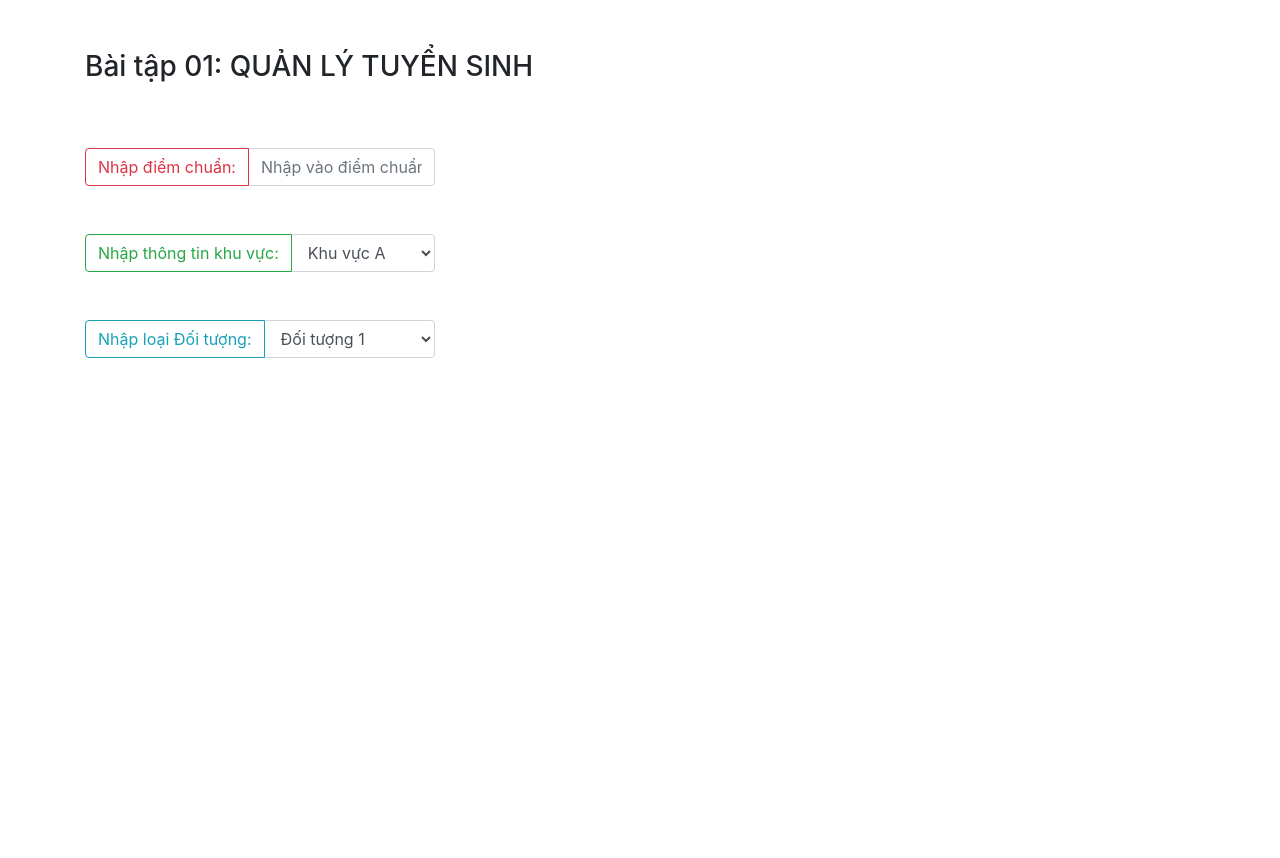
Repository: ducdatit2002/javascript-tinh-day15
Page: index.html
The author's editor kept a copy of each file at every save. The page is drawn from the files as they stood at one save, then again after the next save.
The browser window is 1280 px wide. The pictures show the whole page.

Above is the page before, as saved 2023-08-20 12:39:41.

### index.html
<!DOCTYPE html>
<html lang="en">
  <head>
    <title>HOMEWORK BUỔI 15 - JAVASCRIPT</title>
    <!-- Required meta tags -->
    <meta charset="utf-8" />
    <meta
      name="viewport"
      content="width=device-width, initial-scale=1, shrink-to-fit=no"
    />

    <!-- Bootstrap CSS -->
    <link
      rel="stylesheet"
      href="https://stackpath.bootstrapcdn.com/bootstrap/4.3.1/css/bootstrap.min.css"
      integrity="sha384-ggOyR0iXCbMQv3Xipma34MD+dH/1fQ784/j6cY/iJTQUOhcWr7x9JvoRxT2MZw1T"
      crossorigin="anonymous"
    />
  </head>
  <body>
    <div class="container" style="margin-bottom: 500px; margin-top: 50px">
      <div class="baiTap1">
        <h3>Bài tập 01: QUẢN LÝ TUYỂN SINH</h3>
        <div class="row mt-3">
          <div class="col-4">
            <div class="input-group mt-5">
              <div class="input-group-prepend">
                <button class="btn btn-outline-danger">Nhập điểm chuẩn:</button>
              </div>
              <input
                type="text"
                class="form-control"
                id="diemChuan"
                placeholder="Nhập vào điểm chuẩn"
              />
            </div>
            <div class="input-group mt-5">
              <div class="input-group-prepend">
                <button class="btn btn-outline-success">Nhập thông tin khu vực:</button>
              </div>
              <select id="khuVuc" class="form-control">
                <option value="2">Khu vực A</option>
                <option value="1">Khu vực B</option>
                <option value="0.5">Khu vực C</option>
              </select>
            </div>
            <div class="input-group mt-5">
              <div class="input-group-prepend">
                <button class="btn btn-outline-info">Nhập loại Đối tượng:</button>
              </div>
              <select id="doiTuong" class="form-control">
                <option value="2.5">Đối tượng 1</option>
                <option value="1.5">Đối tượng 2</option>
                <option value="1">Đối tượng 3</option>
              </select>
            </div>
          </div>
          <div class="col-4">

          </div>
        </div>
      </div>
    </div>
    <!-- Optional JavaScript -->
    <!-- jQuery first, then Popper.js, then Bootstrap JS -->
    <script
      src="https://code.jquery.com/jquery-3.3.1.slim.min.js"
      integrity="sha384-q8i/X+965DzO0rT7abK41JStQIAqVgRVzpbzo5smXKp4YfRvH+8abtTE1Pi6jizo"
      crossorigin="anonymous"
    ></script>
    <script
      src="https://cdnjs.cloudflare.com/ajax/libs/popper.js/1.14.7/umd/popper.min.js"
      integrity="sha384-UO2eT0CpHqdSJQ6hJty5KVphtPhzWj9WO1clHTMGa3JDZwrnQq4sF86dIHNDz0W1"
      crossorigin="anonymous"
    ></script>
    <script
      src="https://stackpath.bootstrapcdn.com/bootstrap/4.3.1/js/bootstrap.min.js"
      integrity="sha384-JjSmVgyd0p3pXB1rRibZUAYoIIy6OrQ6VrjIEaFf/nJGzIxFDsf4x0xIM+B07jRM"
      crossorigin="anonymous"
    ></script>
    <script src="./index.js"></script>
  </body>
</html>

Loaded but not shown: index.js (no copy from this time; the picture is the same without it)

After the next save:
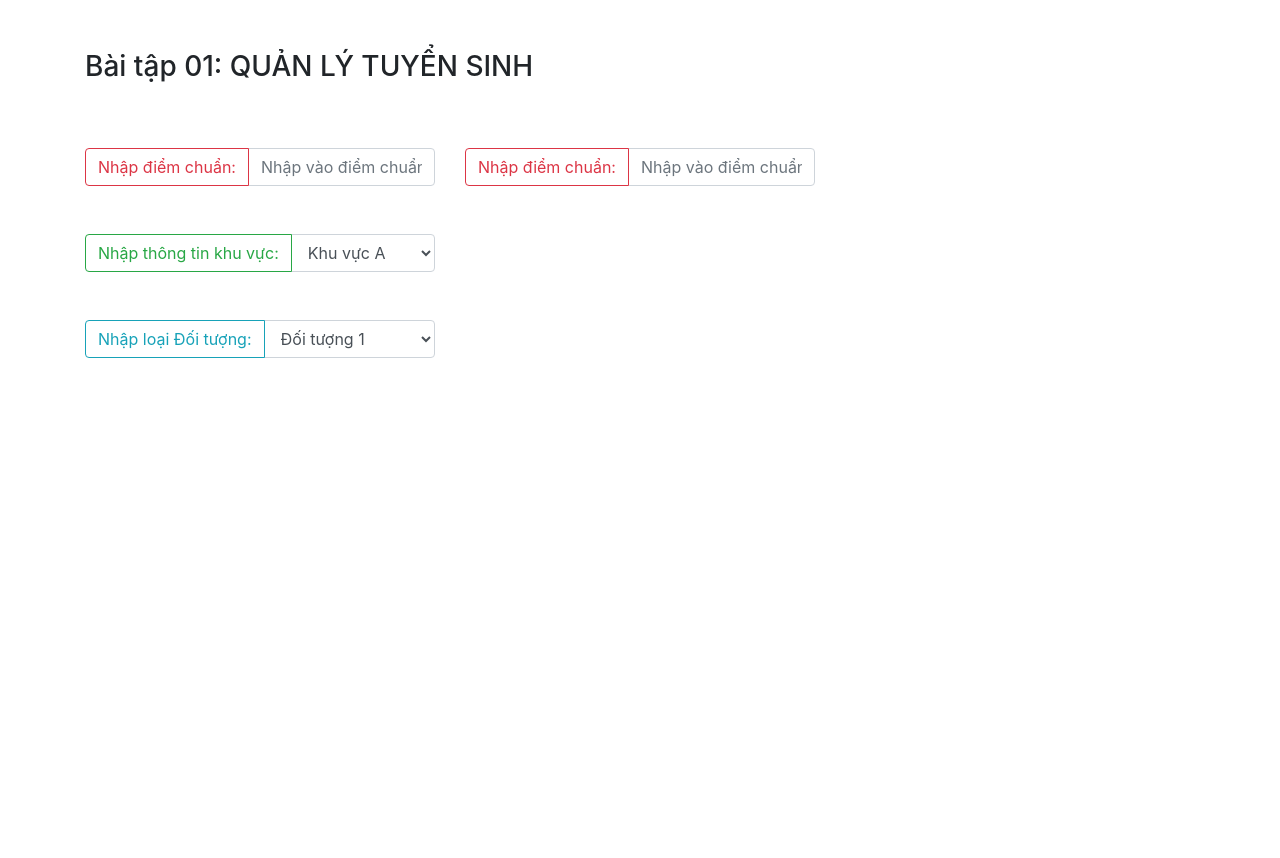
Saved 13 s later.
--- a/index.html
+++ b/index.html
@@ -56,7 +56,17 @@
             </div>
           </div>
           <div class="col-4">
-
+            <div class="input-group mt-5">
+              <div class="input-group-prepend">
+                <button class="btn btn-outline-danger">Nhập điểm chuẩn:</button>
+              </div>
+              <input
+                type="text"
+                class="form-control"
+                id="diemChuan"
+                placeholder="Nhập vào điểm chuẩn"
+              />
+            </div>
           </div>
         </div>
       </div>
